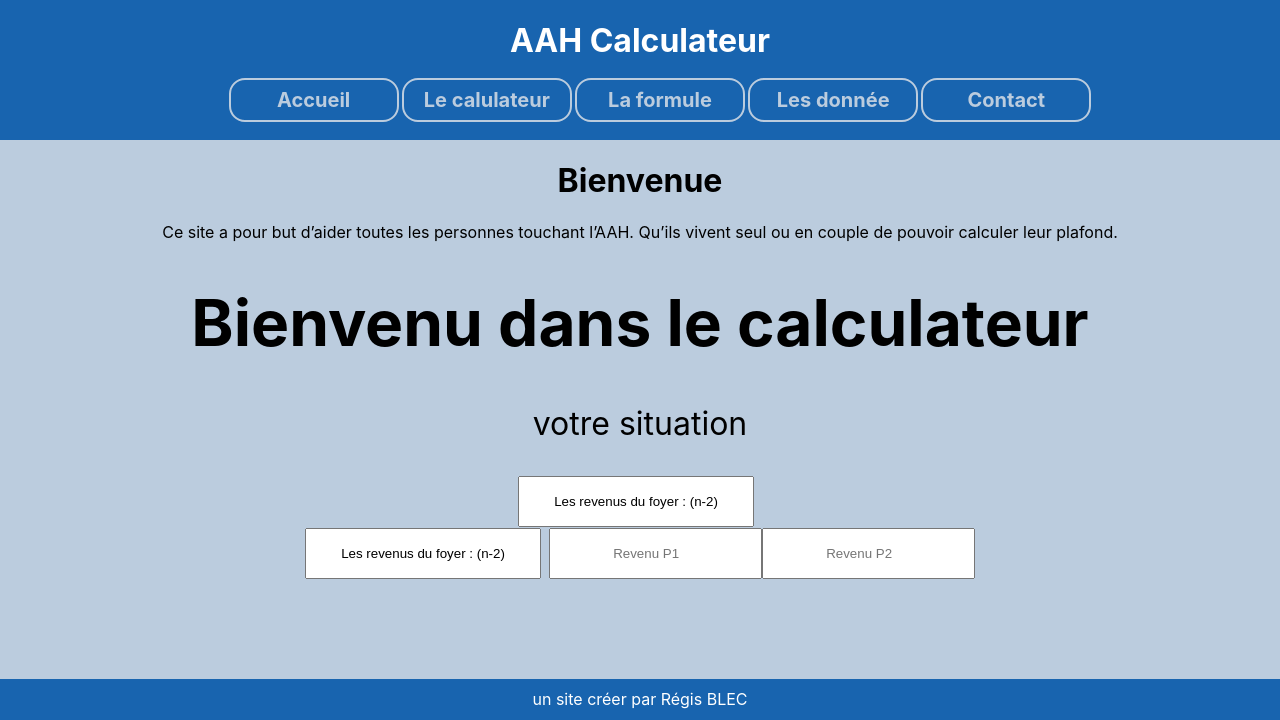
Repository: Cide74/calculateur-aah
Page: /
These files come from the project's save history. The page is drawn as it stood at one moment and after the next save; the edit follows.
The browser window is 1280 px wide. The pictures show the whole page.
The project was rebuilt for these pictures with package versions that can differ from the ones it lists, and the page was loaded fresh each time.

Above is the page before, as saved 2021-04-05 17:41:56.

After the next save:
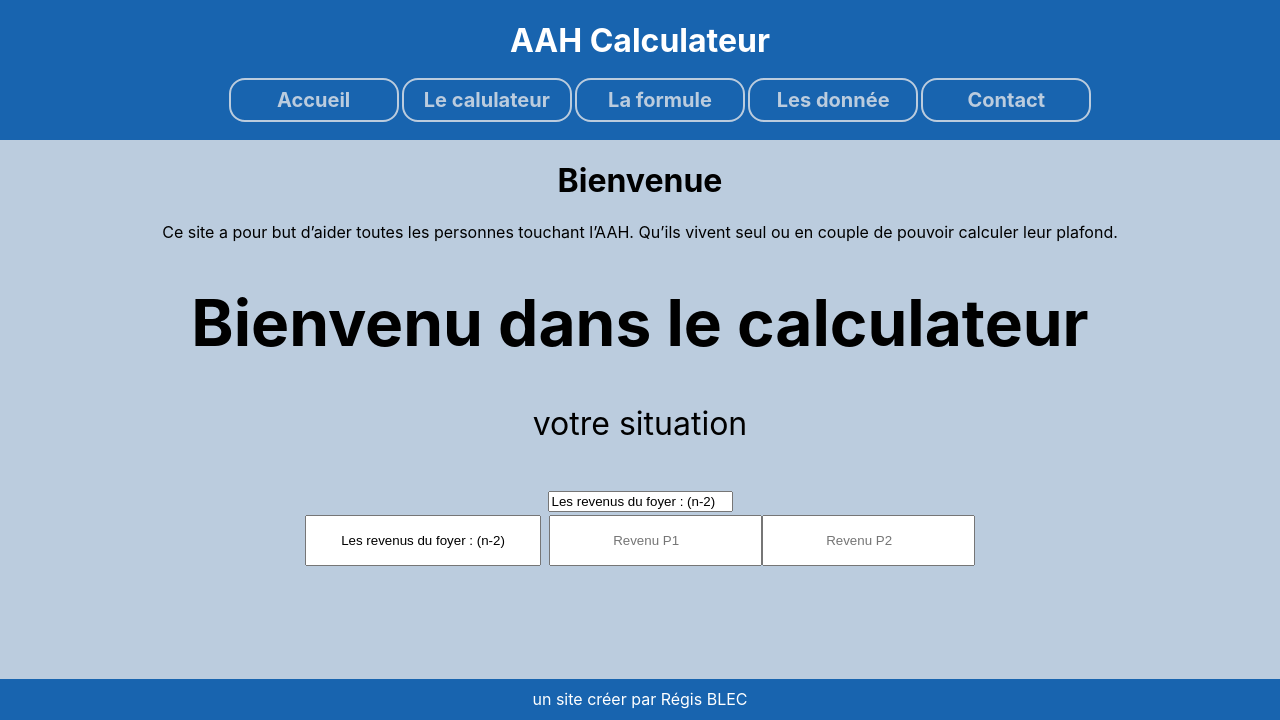
Saved 14 s later.
--- a/src/components/Calculator/Calculator.js
+++ b/src/components/Calculator/Calculator.js
@@ -18,7 +18,7 @@ export default function Calculator() {
           <div className='form-situation'>
             <input
               type='text'
-              className='field-input-revenu-text'
+              className='forminput-revenu-text'
               onChange= ''
               value="Les revenus du foyer : (n-2)"
               name='revenu-text'
